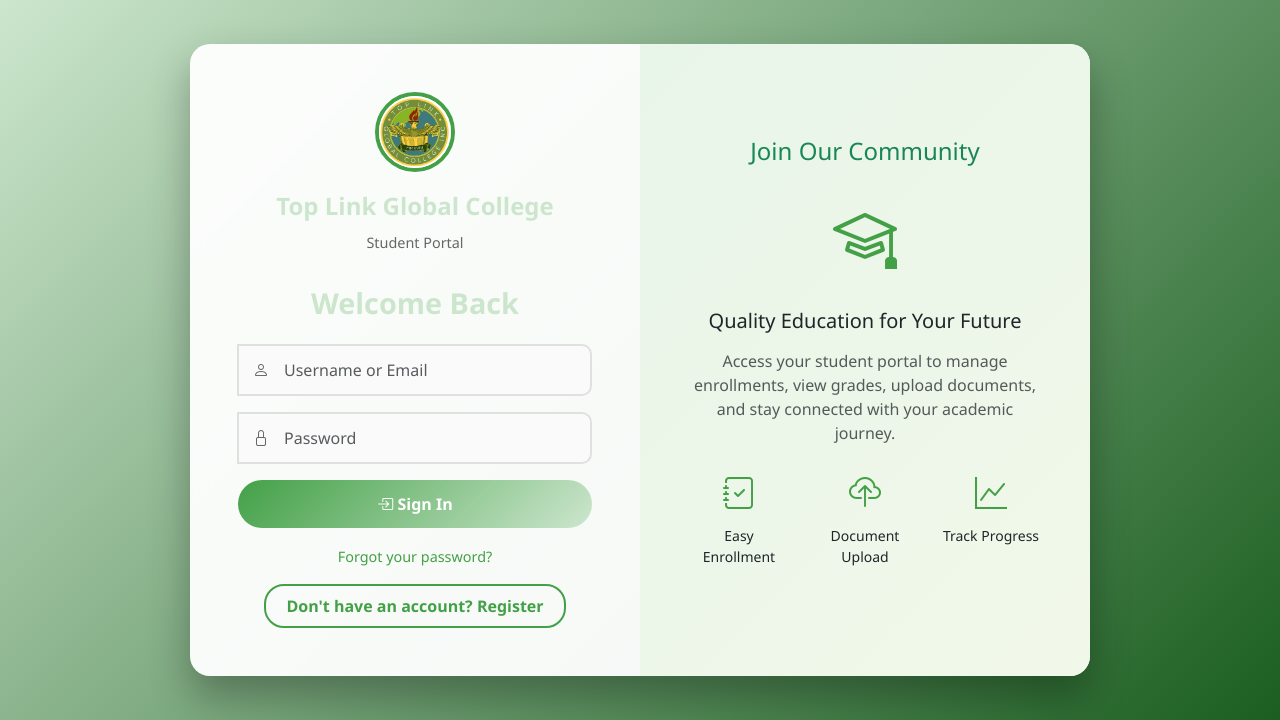
Repository: partymaker01/IT2C_Enrollment_System_SourceCode
Page: http://localhost/IT2C_Enrollment_System_SourceCode/logregfor/login.php
The author's editor kept a copy of each file at every save. The page is drawn from the files as they stood at one save, then again after the next save.
The browser window is 1280 px wide. The pictures show the whole page.
The page is run by PHP 8.4 with error messages shown; the project is at /var/www/html/.

Above is the page before, as saved 2025-06-08 22:52:02.

### logregfor/login.php
<?php
session_start();

// Redirect if already logged in
if (isset($_SESSION['student_id'])) {
    header("Location: ../student/student-dashboard.php");
    exit;
}

require_once '../db.php';

$message = '';
$messageType = '';

// Handle Registration
if ($_SERVER['REQUEST_METHOD'] === 'POST' && ($_POST['form_action'] ?? '') === 'register') {
    $username = trim($_POST['username'] ?? '');
    $firstName = trim($_POST['first_name'] ?? '');
    $middleName = trim($_POST['middle_name'] ?? '');
    $lastName = trim($_POST['last_name'] ?? '');
    $email = trim($_POST['email'] ?? '');
    $password = $_POST['password'] ?? '';
    $confirmPassword = $_POST['confirm_password'] ?? '';

    $errors = [];

    // Validation
    if (empty($username)) $errors[] = "Username is required.";
    if (empty($firstName)) $errors[] = "First name is required.";
    if (empty($lastName)) $errors[] = "Last name is required.";
    if (empty($email) || !filter_var($email, FILTER_VALIDATE_EMAIL)) $errors[] = "Valid email is required.";
    if (empty($password)) $errors[] = "Password is required.";
    if (strlen($password) < 6) $errors[] = "Password must be at least 6 characters long.";
    if ($password !== $confirmPassword) $errors[] = "Passwords do not match.";

    // Check if username or email already exists
    if (empty($errors)) {
        $stmt = $pdo->prepare("SELECT student_id FROM students WHERE username = ? OR email = ?");
        $stmt->execute([$username, $email]);
        if ($stmt->fetch()) {
            $errors[] = "Username or email already exists.";
        }
    }

    if (empty($errors)) {
        try {
            $hashedPassword = password_hash($password, PASSWORD_DEFAULT);
            $stmt = $pdo->prepare("INSERT INTO students (username, first_name, middle_name, last_name, email, password) VALUES (?, ?, ?, ?, ?, ?)");
            $stmt->execute([$username, $firstName, $middleName, $lastName, $email, $hashedPassword]);

            $message = "Registration successful! You can now log in.";
            $messageType = "success";
        } catch (PDOException $e) {
            $errors[] = "Registration failed. Please try again.";
        }
    }

    if (!empty($errors)) {
        $message = implode('<br>', $errors);
        $messageType = "danger";
    }
}

// Handle Login
if ($_SERVER['REQUEST_METHOD'] === 'POST' && ($_POST['form_action'] ?? '') === 'login') {
    $username = trim($_POST['username'] ?? '');
    $password = $_POST['password'] ?? '';

    if (empty($username) || empty($password)) {
        $message = "Please enter both username and password.";
        $messageType = "warning";
    } else {
        try {
            $stmt = $pdo->prepare("SELECT student_id, password, first_name FROM students WHERE username = ? OR email = ?");
            $stmt->execute([$username, $username]);
            $user = $stmt->fetch();

            if ($user && password_verify($password, $user['password'])) {
                $_SESSION['student_id'] = $user['student_id'];
                $_SESSION['student_name'] = $user['first_name'];
                $_SESSION['login_time'] = time();

                header("Location: ../student/student-dashboard.php");
                exit;
            } else {
                $message = "Invalid username/email or password.";
                $messageType = "danger";
            }
        } catch (PDOException $e) {
            $message = "Login failed. Please try again.";
            $messageType = "danger";
        }
    }
}
?>

<!DOCTYPE html>
<html lang="en">
<head>
    <meta charset="UTF-8">
    <meta name="viewport" content="width=device-width, initial-scale=1">
    <title>Student Portal - Top Link Global College</title>
    <link href="https://cdn.jsdelivr.net/npm/bootstrap@5.3.2/dist/css/bootstrap.min.css" rel="stylesheet">
    <link href="https://cdn.jsdelivr.net/npm/bootstrap-icons@1.11.0/font/bootstrap-icons.css" rel="stylesheet">
    <link rel="icon" href="../picture/tlgc_pic.jpg" type="image/x-icon">
    <style>
        :root {
            --primary-green:rgb(204, 230, 205);
            --light-green: #e8f5e9;
            --accent-green: #43a047;
            --hover-green: #c8e6c9;
            --dark-green: #1b5e20;
        }

        body {
            background: linear-gradient(135deg, var(--primary-green) 0%, var(--dark-green) 100%);
            min-height: 100vh;
            font-family: 'Segoe UI', Tahoma, Geneva, Verdana, sans-serif;
            display: flex;
            align-items: center;
            justify-content: center;
        }

        .login-container {
            background: rgba(255, 255, 255, 0.95);
            backdrop-filter: blur(10px);
            border-radius: 20px;
            box-shadow: 0 20px 40px rgba(0, 0, 0, 0.3);
            overflow: hidden;
            width: 100%;
            max-width: 900px;
            min-height: 600px;
            display: flex;
        }

        .login-form-section {
            flex: 1;
            padding: 3rem;
            display: flex;
            flex-direction: column;
            justify-content: center;
        }

        .register-form-section {
            flex: 1;
            padding: 3rem;
            display: flex;
            flex-direction: column;
            justify-content: center;
            background: linear-gradient(135deg, var(--light-green) 0%, #f1f8e9 100%);
        }

        .school-header {
            text-align: center;
            margin-bottom: 2rem;
        }

        .school-logo {
            width: 80px;
            height: 80px;
            object-fit: cover;
            border-radius: 50%;
            border: 4px solid var(--accent-green);
            margin-bottom: 1rem;
        }

        .school-name {
            color: var(--primary-green);
            font-weight: 700;
            font-size: 1.5rem;
            margin-bottom: 0.5rem;
        }

        .school-subtitle {
            color: #666;
            font-size: 0.9rem;
        }

        .form-title {
            color: var(--primary-green);
            font-weight: 700;
            font-size: 1.8rem;
            margin-bottom: 1.5rem;
            text-align: center;
        }

        .form-control {
            border: 2px solid #e0e0e0;
            border-radius: 10px;
            padding: 12px 15px;
            transition: all 0.3s ease;
            background-color: #fafafa;
        }

        .form-control:focus {
            border-color: var(--accent-green);
            box-shadow: 0 0 0 0.25rem rgba(67, 160, 71, 0.25);
            background-color: #fff;
        }

        .btn-login {
            background: linear-gradient(135deg, var(--accent-green) 0%, var(--primary-green) 100%);
            border: none;
            color: white;
            font-weight: 600;
            padding: 12px 30px;
            border-radius: 25px;
            transition: all 0.3s ease;
            width: 100%;
        }

        .btn-login:hover {
            transform: translateY(-2px);
            box-shadow: 0 8px 20px rgba(67, 160, 71, 0.4);
            color: white;
        }

        .btn-toggle {
            background: transparent;
            border: 2px solid var(--accent-green);
            color: var(--accent-green);
            font-weight: 600;
            padding: 8px 20px;
            border-radius: 20px;
            transition: all 0.3s ease;
            margin-top: 1rem;
        }

        .btn-toggle:hover {
            background: var(--accent-green);
            color: white;
        }

        .form-section {
            display: none;
        }

        .form-section.active {
            display: block;
        }

        .input-group {
            position: relative;
            margin-bottom: 1rem;
        }

        .input-group i {
            position: absolute;
            left: 15px;
            top: 50%;
            transform: translateY(-50%);
            color: #666;
            z-index: 10;
        }

        .input-group .form-control {
            padding-left: 45px;
        }

        .forgot-password {
            text-align: center;
            margin-top: 1rem;
        }

        .forgot-password a {
            color: var(--accent-green);
            text-decoration: none;
            font-size: 0.9rem;
        }

        .forgot-password a:hover {
            text-decoration: underline;
        }

        @media (max-width: 768px) {
            .login-container {
                flex-direction: column;
                margin: 1rem;
                min-height: auto;
            }

            .login-form-section,
            .register-form-section {
                padding: 2rem;
            }
        }
    </style>
</head>
<body>
    <div class="login-container">
        <!-- Login Section -->
        <div class="login-form-section">
            <div class="school-header">
                <img src="../picture/tlgc_pic.jpg" alt="School Logo" class="school-logo">
                <div class="school-name">Top Link Global College</div>
                <div class="school-subtitle">Student Portal</div>
            </div>

            <?php if ($message): ?>
                <div class="alert alert-<?= $messageType ?> alert-dismissible fade show" role="alert">
                    <?= $message ?>
                    <button type="button" class="btn-close" data-bs-dismiss="alert"></button>
                </div>
            <?php endif; ?>

            <!-- Login Form -->
            <div class="form-section active" id="loginForm">
                <h3 class="form-title">Welcome Back</h3>
                <form method="POST" action="">
                    <input type="hidden" name="form_action" value="login">

                    <div class="input-group">
                        <i class="bi bi-person"></i>
                        <input type="text" class="form-control" name="username" placeholder="Username or Email" required>
                    </div>

                    <div class="input-group">
                        <i class="bi bi-lock"></i>
                        <input type="password" class="form-control" name="password" placeholder="Password" required>
                    </div>

                    <button type="submit" class="btn-login">
                        <i class="bi bi-box-arrow-in-right"></i> Sign In
                    </button>
                </form>

                <div class="forgot-password">
                    <a href="forgot-password.php">Forgot your password?</a>
                </div>

                <div class="text-center">
                    <button type="button" class="btn-toggle" onclick="toggleForm()">
                        Don't have an account? Register
                    </button>
                </div>
            </div>

            <!-- Register Form -->
            <div class="form-section" id="registerForm">
                <h3 class="form-title">Create Account</h3>
                <form method="POST" action="">
                    <input type="hidden" name="form_action" value="register">

                    <div class="row">
                        <div class="col-md-6">
                            <div class="input-group">
                                <i class="bi bi-person"></i>
                                <input type="text" class="form-control" name="username" placeholder="Username" required>
                            </div>
                        </div>
                        <div class="col-md-6">
                            <div class="input-group">
                                <i class="bi bi-envelope"></i>
                                <input type="email" class="form-control" name="email" placeholder="Email" required>
                            </div>
                        </div>
                    </div>

                    <div class="row">
                        <div class="col-md-4">
                            <div class="input-group">
                                <i class="bi bi-person-badge"></i>
                                <input type="text" class="form-control" name="first_name" placeholder="First Name" required>
                            </div>
                        </div>
                        <div class="col-md-4">
                            <div class="input-group">
                                <i class="bi bi-person-badge"></i>
                                <input type="text" class="form-control" name="middle_name" placeholder="Middle Name">
                            </div>
                        </div>
                        <div class="col-md-4">
                            <div class="input-group">
                                <i class="bi bi-person-badge"></i>
                                <input type="text" class="form-control" name="last_name" placeholder="Last Name" required>
                            </div>
                        </div>
                    </div>

                    <div class="row">
                        <div class="col-md-6">
                            <div class="input-group">
                                <i class="bi bi-lock"></i>
                                <input type="password" class="form-control" name="password" placeholder="Password" required>
                            </div>
                        </div>
                        <div class="col-md-6">
                            <div class="input-group">
                                <i class="bi bi-lock-fill"></i>
                                <input type="password" class="form-control" name="confirm_password" placeholder="Confirm Password" required>
                            </div>
                        </div>
                    </div>

                    <button type="submit" class="btn-login">
                        <i class="bi bi-person-plus"></i> Create Account
                    </button>
                </form>

                <div class="text-center">
                    <button type="button" class="btn-toggle" onclick="toggleForm()">
                        Already have an account? Sign In
                    </button>
                </div>
            </div>
        </div>

        <!-- Info Section -->
        <div class="register-form-section">
            <div class="text-center">
                <h4 class="text-success mb-4">Join Our Community</h4>
                <div class="mb-4">
                    <i class="bi bi-mortarboard" style="font-size: 4rem; color: var(--accent-green);"></i>
                </div>
                <h5 class="mb-3">Quality Education for Your Future</h5>
                <p class="text-muted mb-4">
                    Access your student portal to manage enrollments, view grades,
                    upload documents, and stay connected with your academic journey.
                </p>
                <div class="row text-center">
                    <div class="col-4">
                        <i class="bi bi-journal-check" style="font-size: 2rem; color: var(--accent-green);"></i>
                        <p class="small mt-2">Easy Enrollment</p>
                    </div>
                    <div class="col-4">
                        <i class="bi bi-cloud-upload" style="font-size: 2rem; color: var(--accent-green);"></i>
                        <p class="small mt-2">Document Upload</p>
                    </div>
                    <div class="col-4">
                        <i class="bi bi-graph-up" style="font-size: 2rem; color: var(--accent-green);"></i>
                        <p class="small mt-2">Track Progress</p>
                    </div>
                </div>
            </div>
        </div>
    </div>

    <script src="https://cdn.jsdelivr.net/npm/bootstrap@5.3.2/dist/js/bootstrap.bundle.min.js"></script>
    <script>
        function toggleForm() {
            const loginForm = document.getElementById('loginForm');
            const registerForm = document.getElementById('registerForm');

            if (loginForm.classList.contains('active')) {
                loginForm.classList.remove('active');
                registerForm.classList.add('active');
            } else {
                registerForm.classList.remove('active');
                loginForm.classList.add('active');
            }
        }

        // Form validation
        document.querySelectorAll('form').forEach(form => {
            form.addEventListener('submit', function(e) {
                const passwords = this.querySelectorAll('input[type="password"]');
                if (passwords.length === 2) {
                    if (passwords[0].value !== passwords[1].value) {
                        e.preventDefault();
                        alert('Passwords do not match!');
                        return false;
                    }
                    if (passwords[0].value.length < 6) {
                        e.preventDefault();
                        alert('Password must be at least 6 characters long!');
                        return false;
                    }
                }
            });
        });
    </script>
</body>
</html>

### db.php
<?php
$servername = "localhost";
$username = "root";
$password = "";
$database = "enrollment_system";

// Create connection
$conn = new mysqli($servername, $username, $password, $database);

// Check connection
if ($conn->connect_error) {
    die("Connection failed: " . $conn->connect_error);
}
?>

After the next save:
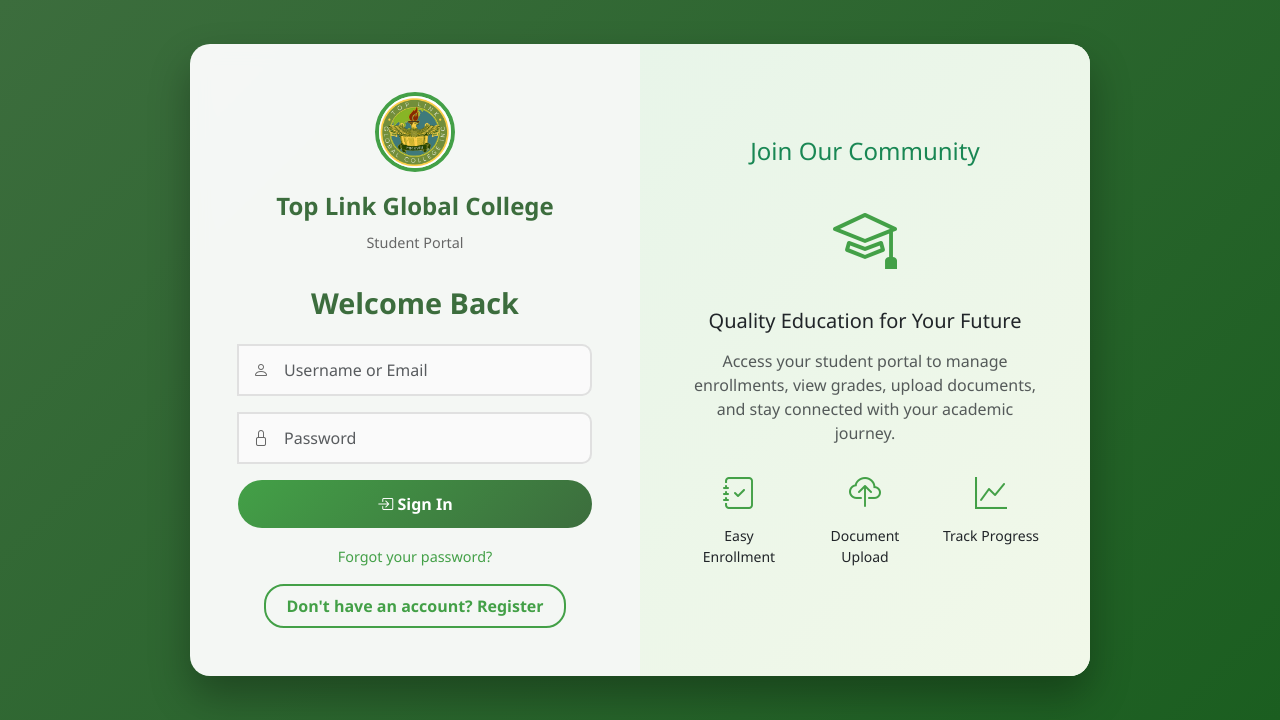
Saved 16 s later.
--- a/logregfor/login.php
+++ b/logregfor/login.php
@@ -105,7 +105,7 @@
     <link rel="icon" href="../picture/tlgc_pic.jpg" type="image/x-icon">
     <style>
         :root {
-            --primary-green:rgb(204, 230, 205);
+            --primary-green:rgb(60, 109, 61);
             --light-green: #e8f5e9;
             --accent-green: #43a047;
             --hover-green: #c8e6c9;
